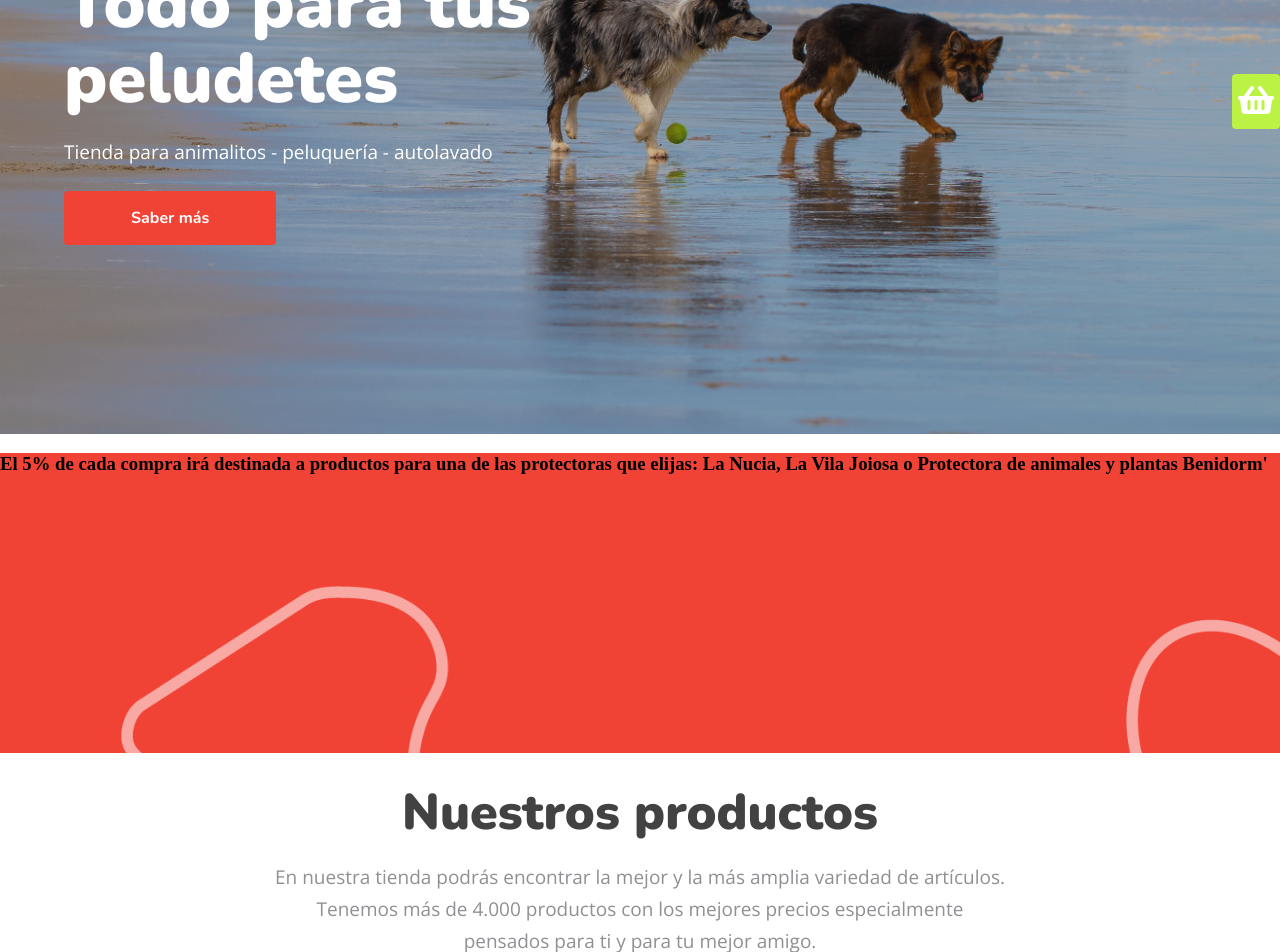
Repository: MarilynCuore/landingVet
Page: index.html
These files come from the project's save history. The page is drawn as it stood at one moment and after the next save; the edit follows.
The browser window is 1280 px wide. The pictures show the part of the page from y = 286 to 1238 px (the page is 2983 px tall).
Some web libraries are served in a nearby version. The style sheet was rebuilt from its Sass, Less or Tailwind sources for each picture, by a compiler version that may differ from the author's.

Above is the page before, as saved 2020-06-25 14:07:53.

After the next save:
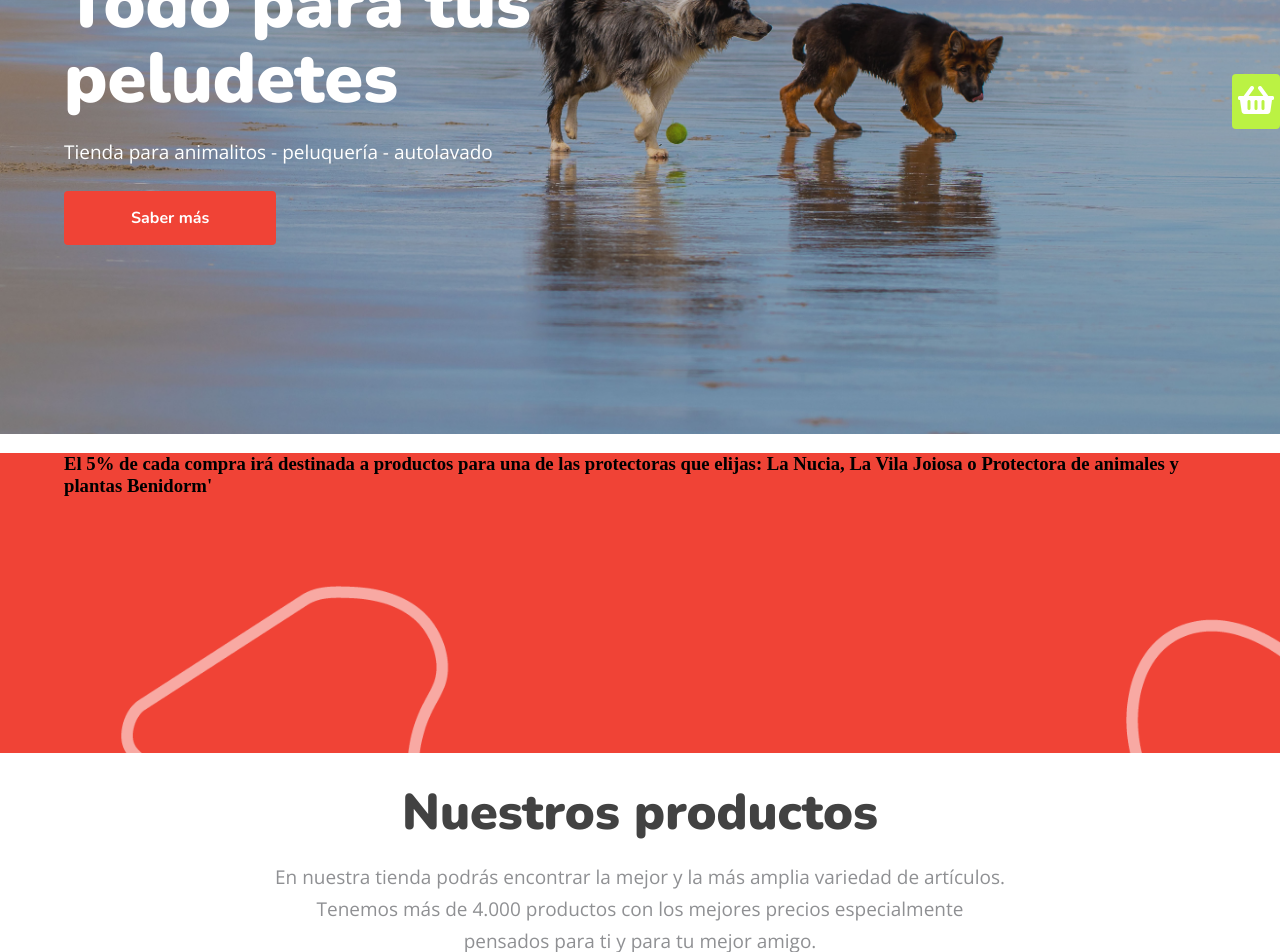
Saved 24 s later.
--- a/index.html
+++ b/index.html
@@ -64,7 +64,9 @@
 
     </header>
     <section>
-        <h3>El <span>5%</span> de cada compra irá destinada a productos para una de las protectoras que elijas: La Nucia, La Vila Joiosa o Protectora de animales y plantas Benidorm'</h3>
+        <div class="container">
+            <h3>El <span>5%</span> de cada compra irá destinada a productos para una de las protectoras que elijas: La Nucia, La Vila Joiosa o Protectora de animales y plantas Benidorm'</h3>
+        </div>
     </section>
     <section id="service">
         <div class="container">
